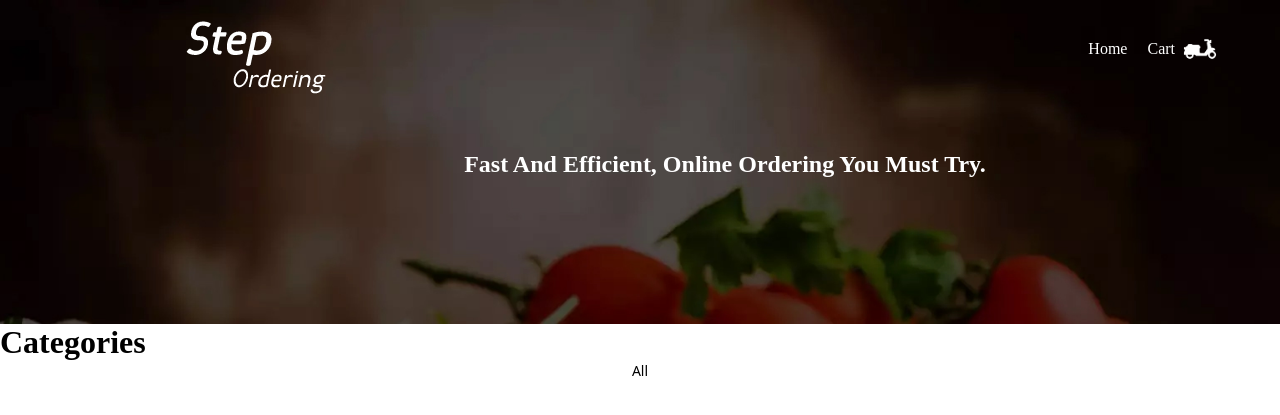
Repository: anastasia29-step/Online-Restaurant
Page: index.html
These files come from the project's save history. The page is drawn as it stood at one moment and after a run of saves; the edit follows.
The browser window is 1280 px wide. The pictures show the whole page.

Above is the page before, as saved 2026-03-09 16:33:08.
Not found: app.js/

After the next 3 saves:
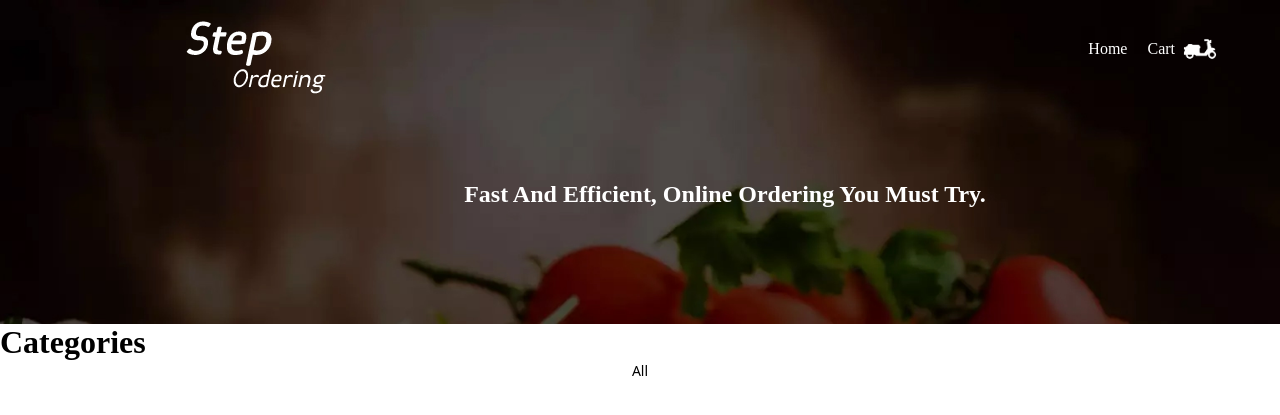
The 3 saves are shown as one change because they came seconds apart.
The last was saved 11 s later.
--- a/style.css
+++ b/style.css
@@ -52,7 +52,7 @@ ul {
 .FirstLine .bottom {
     text-align: center;
     color: white;
-    margin-top: 50px;
+    margin-top: 80px;
 }
 
 
